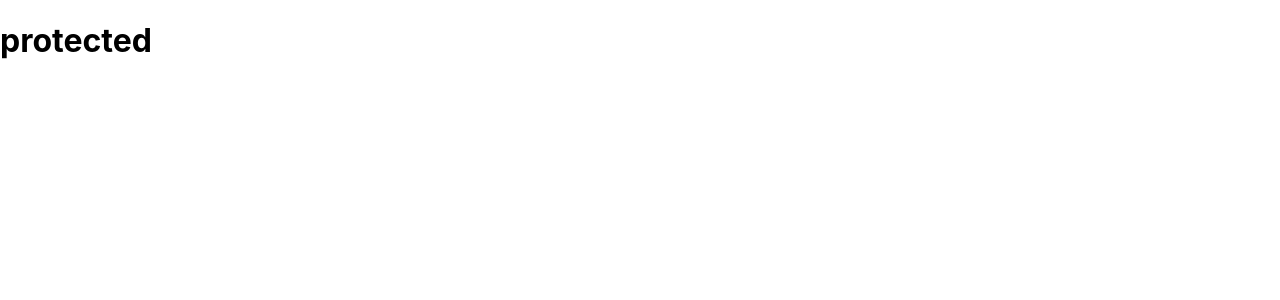
Repository: SeungYn/react-nomad
Page: / (app in styled-components/)
The author's editor kept a copy of each file at every save. The page is drawn from the files as they stood at one save, then again after the next save.
The browser window is 1280 px wide. The pictures show the whole page.
The project was rebuilt for these pictures with package versions that can differ from the ones it lists, and the page was loaded fresh each time.

Above is the page before, as saved 2023-01-02 21:24:11.

### styled-components/src/index.tsx
import React from 'react';
import ReactDOM from 'react-dom/client';
import './index.css';
import App from './App';
import { ThemeProvider, withTheme } from 'styled-components';
import { lightTheme } from './theme';
const root = ReactDOM.createRoot(
  document.getElementById('root') as HTMLElement
);

root.render(
  <React.StrictMode>
    <ThemeProvider theme={lightTheme}>
      <App />
    </ThemeProvider>
  </React.StrictMode>
);

### styled-components/src/App.tsx
import React, { useState } from 'react';
import styled, { keyframes } from 'styled-components';
import Circle from './Circle';
const Container = styled.div`
  background-color: ${(props) => props.theme.bgColor};
  color: ${(props) => props.theme.textColor};
`;
const H1 = styled.h1``;
function App() {
  return (
    <Container>
      <H1>protected</H1>
    </Container>
  );
}

export default App;

### styled-components/src/theme.ts
import { DefaultTheme } from 'styled-components';

export const lightTheme: DefaultTheme = {
  bgColor: 'white',
  textColor: 'black',
  btnColor: 'tomato',
};

export const darkTheme: DefaultTheme = {
  bgColor: 'black',
  textColor: 'white',
  btnColor: 'teal',
};

Loaded but not shown: styled-components/public/index.html (common file); styled-components/src/index.css (common file)

After the next save:
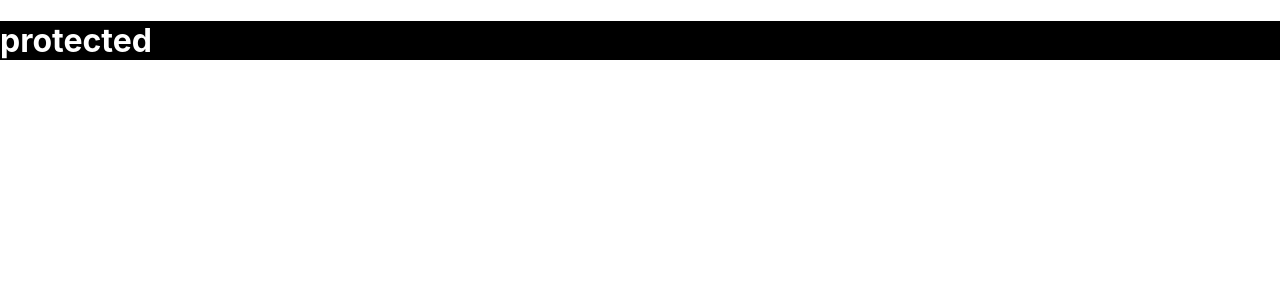
Saved 9 s later.
--- a/styled-components/src/index.tsx
+++ b/styled-components/src/index.tsx
@@ -3,14 +3,14 @@
 import './index.css';
 import App from './App';
 import { ThemeProvider, withTheme } from 'styled-components';
-import { lightTheme } from './theme';
+import { darkTheme, lightTheme } from './theme';
 const root = ReactDOM.createRoot(
   document.getElementById('root') as HTMLElement
 );
 
 root.render(
   <React.StrictMode>
-    <ThemeProvider theme={lightTheme}>
+    <ThemeProvider theme={darkTheme}>
       <App />
     </ThemeProvider>
   </React.StrictMode>
